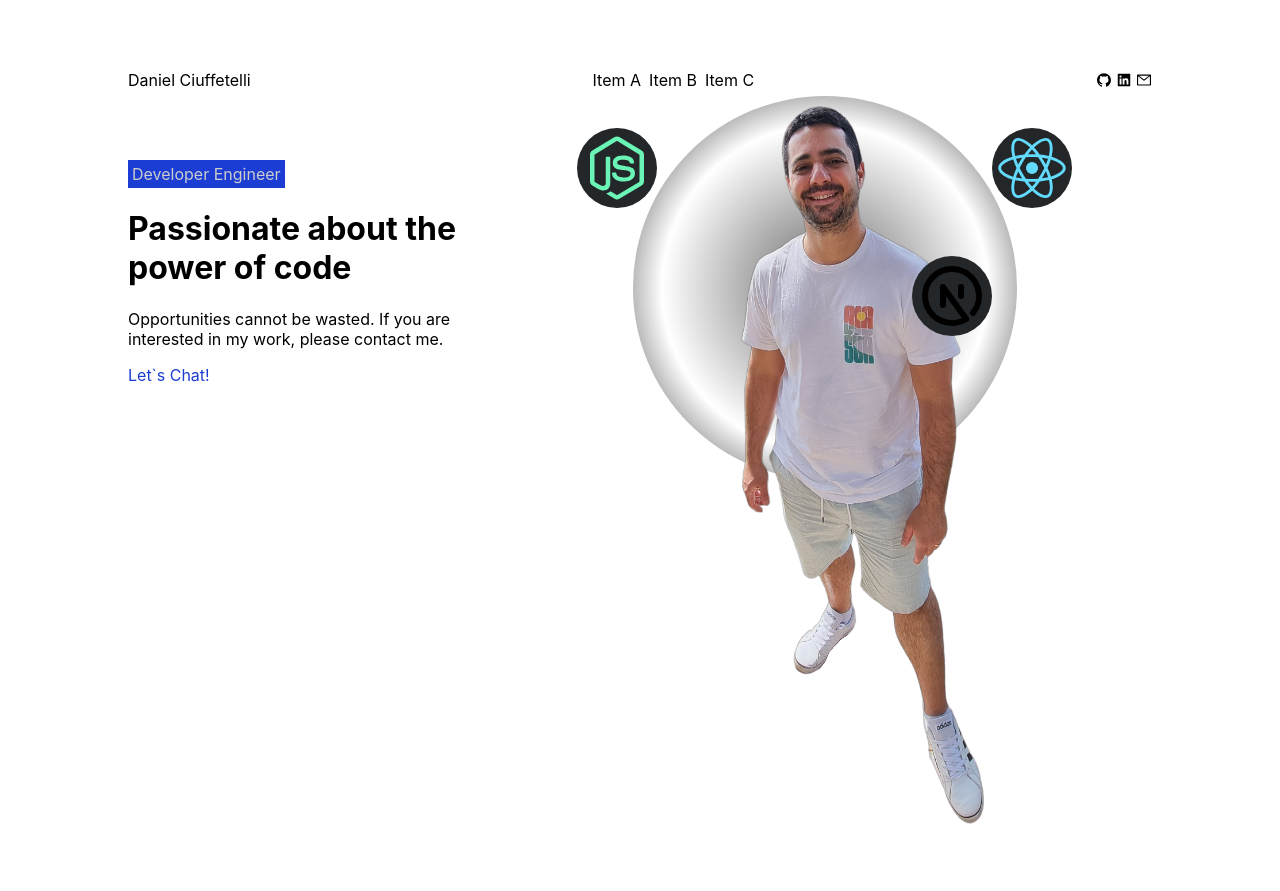
Repository: ciuffetelli/portfolio
Page: /
The author's editor kept a copy of each file at every save. The page is drawn from the files as they stood at one save, then again after the next save.
The browser window is 1280 px wide. The pictures show the whole page.
The project was rebuilt for these pictures with package versions that can differ from the ones it lists, and the page was loaded fresh each time. The framework's server and built-in components were replaced by stand-ins that run in the browser. Also part of the build but not shown: next.config.js.

Above is the page before, as saved 2022-12-04 17:12:55.

### pages/_document.tsx
import { Html, Head, Main, NextScript } from 'next/document'

export default function Document() {
    return (
        <Html lang="en">
            <Head>
                <title>Daniel Ciuffetelli - Front-end Engineer</title>
                <meta name="description" content="Daniel Ciuffetelli's personal portfolio, front-end engineer. Page developed in Next.js" />
                <link rel="icon" href="/img/logo.svg" />
            </Head>
                <body className='bg-white text-slate-900 dark:bg-slate-900 dark:text-white ease-in-out duration-300'>
                    <Main />
                    <NextScript />
                </body>
        </Html>
    )
}

### pages/index.tsx
import Head from 'next/head'
import Image from 'next/image'
import styles from '../styles/Home.module.css'
import styled from 'styled-components'

import { Nav } from '../Components/Nav'
import { Hero } from '../Components/Hero'

export default function Home() {
  return (
    <Container>

        <Head>
          <title>Daniel Ciuffetelli - Developer Engineer</title>
          <meta name="description" content="Generated by create next app" />
          <link rel="icon" href="/favicon.ico" />
        </Head>

        <Main>
          <Nav />

          <Hero />
        </Main>

    </Container>
    // <div className={styles.container}>


    //   <main className={styles.main}>
    //     <Nav />

    //     <Hero />
    //     {/* <h1 className={styles.title}>
    //       Welcome to <a href="https://nextjs.org">Next.js!</a>
    //     </h1>

    //     <p className={styles.description}>
    //       Get started by editing{' '}
    //       <code className={styles.code}>pages/index.tsx</code>
    //     </p>

    //     <div className={styles.grid}>
    //       <a href="https://nextjs.org/docs" className={styles.card}>
    //         <h2>Documentation &rarr;</h2>
    //         <p>Find in-depth information about Next.js features and API.</p>
    //       </a>

    //       <a href="https://nextjs.org/learn" className={styles.card}>
    //         <h2>Learn &rarr;</h2>
    //         <p>Learn about Next.js in an interactive course with quizzes!</p>
    //       </a>

    //       <a
    //         href="https://github.com/vercel/next.js/tree/canary/examples"
    //         className={styles.card}
    //       >
    //         <h2>Examples &rarr;</h2>
    //         <p>Discover and deploy boilerplate example Next.js projects.</p>
    //       </a>

    //       <a
    //         href="https://vercel.com/new?utm_source=create-next-app&utm_medium=default-template&utm_campaign=create-next-app"
    //         target="_blank"
    //         rel="noopener noreferrer"
    //         className={styles.card}
    //       >
    //         <h2>Deploy &rarr;</h2>
    //         <p>
    //           Instantly deploy your Next.js site to a public URL with Vercel.
    //         </p>
    //       </a>
    //     </div> */}
    //   </main>

    //   <footer className={styles.footer}>
    //     <a
    //       href="https://vercel.com?utm_source=create-next-app&utm_medium=default-template&utm_campaign=create-next-app"
    //       target="_blank"
    //       rel="noopener noreferrer"
    //     >
    //       Powered by{' '}
    //       <span className={styles.logo}>
    //         <Image src="/vercel.svg" alt="Vercel Logo" width={72} height={16} />
    //       </span>
    //     </a>
    //   </footer>
    //   <a href='https://elements.envato.com/ds-developer-portfolio-psd-template-9FZDH4D'>Reference</a>
    // </div>
  )
}

const Container = styled.div`
  padding: 0 2rem;
`

const Main = styled.main`
  max-width: 1024px;
  min-height: 100vh;
  margin: 0 auto;
  padding: 4rem 0;
  flex: 1;
  display: flex;
  flex-direction: column;
  justify-content: center;
  align-items: center;
`

### Components/Nav.tsx
import styled from 'styled-components'

import { AiFillGithub, AiFillLinkedin, AiOutlineMail } from 'react-icons/ai'

export function Nav() {

    return (
        <Container>
            <Name>Daniel Ciuffetelli</Name>
            <Items>
                <MenuItem>Item A</MenuItem>
                <MenuItem>Item B</MenuItem>
                <MenuItem>Item C</MenuItem>
            </Items>
            <Icons>
                <Social>
                    <AiFillGithub />
                    <AiFillLinkedin />
                </Social>
                <AiOutlineMail />
            </Icons>
        </Container>
    )
}

const Container = styled.div`
    display: inline-flex;
    width: 100%;
    height: 2rem;
    justify-content: space-around;
    align-items: center;
`

const Name = styled.div`
    display: none;

    @media (min-width: 500px) {
        display: flex;
    }
`

const Items = styled.div`
    display: inline-flex;
    flex: 1;
    gap: 0.5rem;
    justify-content: center;
`

const MenuItem = styled.div``

const Icons = styled.div`
    display: inline-flex;
    gap: 0.25rem;
`
const Social = styled.div`
    display: none;
    gap: 0.25rem;

    @media (min-width: 500px) {
        display: inline-flex;
    }
`

### Components/Hero.tsx
import styled from 'styled-components'

import { IoLogoNodejs } from 'react-icons/io'
import { IoLogoReact } from 'react-icons/io5'
import { TbBrandNextjs } from 'react-icons/tb'

export function Hero() {
    return (
        <Container>
            <LeftSide>
                <Title>Developer Engineer</Title>
                <H1>Passionate about the power of code</H1>
                <Text>Opportunities cannot be wasted. If you are interested in my work, please contact me.</Text>
                <Link>Let`s Chat!</Link>
            </LeftSide>
            <RightSide>
                <Image src="/img/profile.png" />
                <Tech top={2} left={5} width={5} height={5}><NodeJs /></Tech>
                <Tech top={2} right={5} width={5} height={5}><React /></Tech>
                <Tech top={10} right={10} width={5} height={5}><Next /></Tech>
            </RightSide>
        </Container>
    )
}

const Container = styled.div`
    display: inline-flex;
    margin-bottom: auto;
`

const LeftSide = styled.div`
    padding-top: 2rem;

    @media (min-width: 500px) {
        max-width: 50%;
        padding-top: 4rem;
    }
`

const Title = styled.div`
    width: max-content;
    padding: 0.25rem;
    color: #ccc;
    background-color: #1b3dd3;
`

const H1 = styled.h1``

const Text = styled.p``

const Link = styled.a`
    color: #1b3dd3;
`

const RightSide = styled.div`
    display: none;
    position: relative;
    justify-content: center;

    &::after {
        content: "";
        position: absolute;
        width: 30vw;
        height: 30vw;
        z-index: -1;
        margin: auto;
        border-radius: 50%;
        background-image: radial-gradient(circle, #666565, transparent 60%, #000);
    }

    @media (min-width: 500px) {
        display: flex;
    }
`

const Image = styled.img`
    width: 50%;
    margin: auto;
`

const Tech = styled.div<{ top?: Number, right?: Number, bottom?: Number, left?: Number, width?: Number, height?: Number }>`
    position: absolute;
    ${({top}) => (top) ? `top: ${top}rem;` : ``}
    ${({right}) => (right) ? `right: ${right}rem;` : ``}
    ${({bottom}) => (bottom) ? `bottom: ${bottom}rem;` : ``}
    ${({left}) => (left) ? `left: ${left}rem;` : ``}
    ${({width}) => (width) ? `width: ${width}rem;` : ``}
    ${({height}) => (height) ? `height: ${height}rem;` : ``}
    padding: 0.25rem;
    justify-content: center;
    align-items: center;
    border-radius: 50%;
    background: #23272a;
`

const NodeJs = styled(IoLogoNodejs)`
    width: 100%;
    height: 100%;
    color: #6af5b6;
`
const React = styled(IoLogoReact)`
    width: 100%;
    height: 100%;
    color: #61dafb;
`
const Next = styled(TbBrandNextjs)`
    width: 100%;
    height: 100%;
    color: #000;
`

Loaded but not shown: pages/_app.tsx (common file); styles/globals.css (common file)

After the next save:
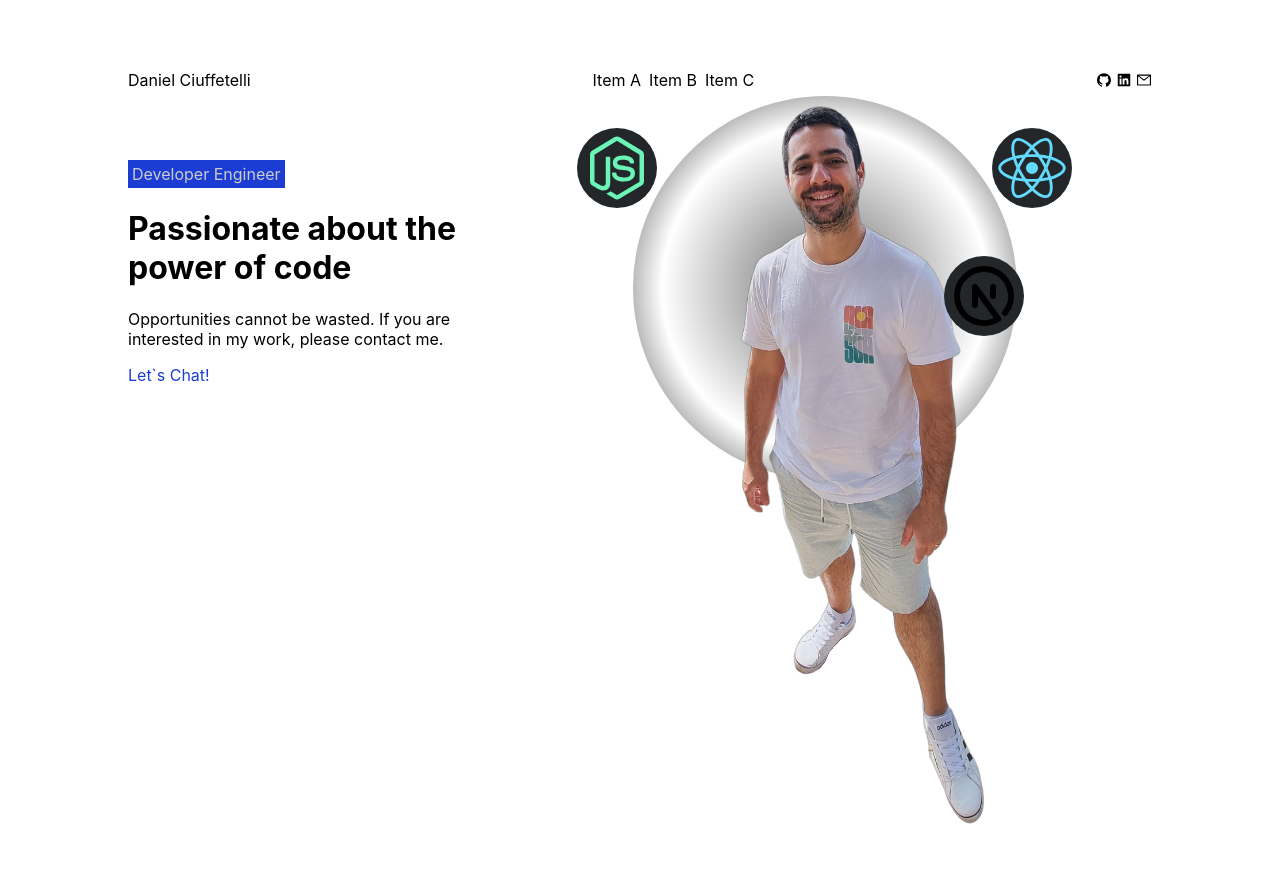
Saved 6 s later.
--- a/Components/Hero.tsx
+++ b/Components/Hero.tsx
@@ -17,7 +17,7 @@
                 <Image src="/img/profile.png" />
                 <Tech top={2} left={5} width={5} height={5}><NodeJs /></Tech>
                 <Tech top={2} right={5} width={5} height={5}><React /></Tech>
-                <Tech top={10} right={10} width={5} height={5}><Next /></Tech>
+                <Tech top={10} right={8} width={5} height={5}><Next /></Tech>
             </RightSide>
         </Container>
     )
